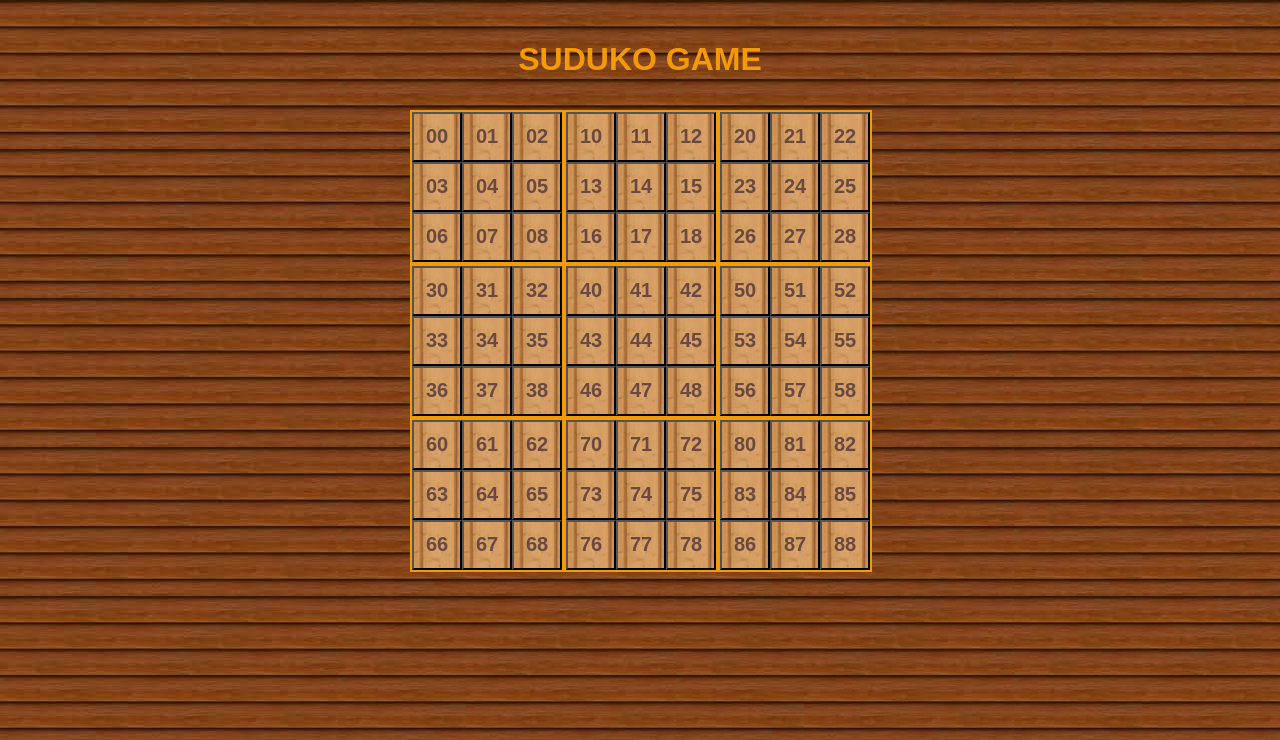
Repository: ahmad8969/Suduko-Game-React-App
Page: /
These files come from the project's save history. The page is drawn as it stood at one moment and after the next save; the edit follows.
The browser window is 1280 px wide. The pictures show the whole page.
Some web fonts or font styles are not loaded; a fallback is used. The project was rebuilt for these pictures with package versions that can differ from the ones it lists, and the page was loaded fresh each time.

Above is the page before, as saved 2021-02-26 17:56:38.

After the next save:
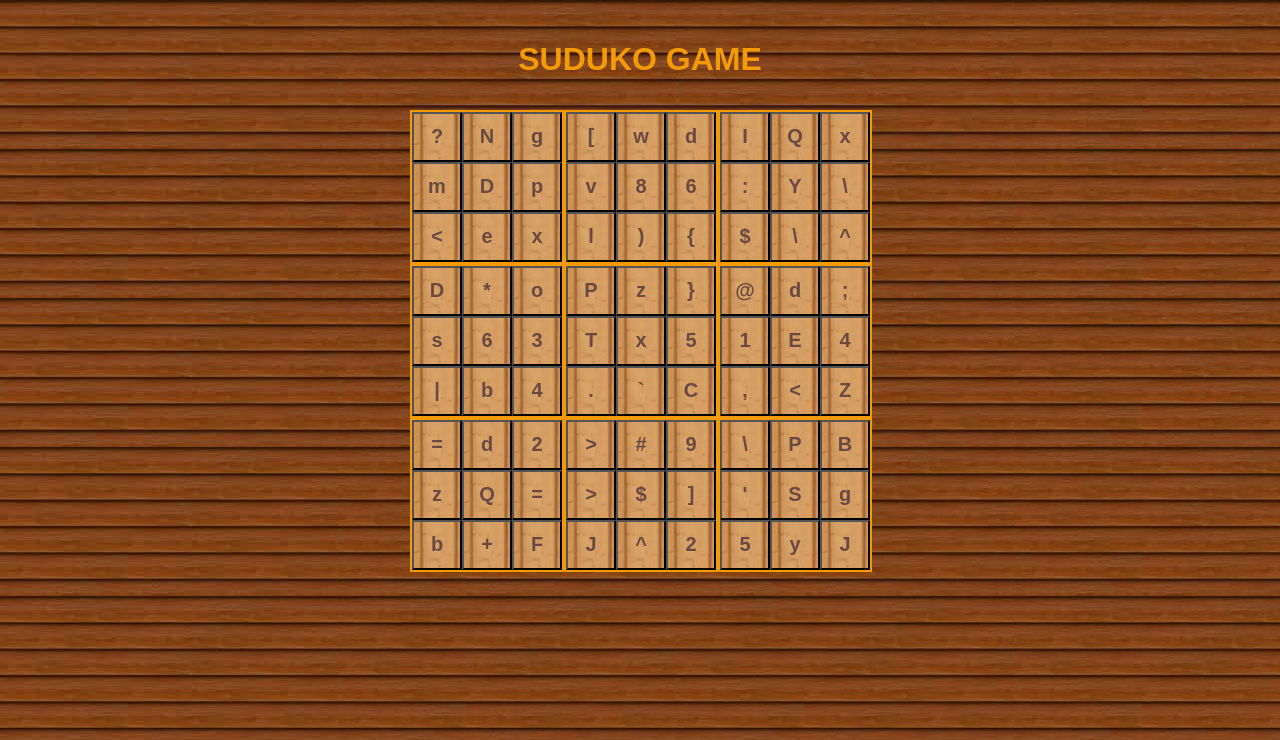
Saved 7 min 35 s later.
--- a/src/components/block.js
+++ b/src/components/block.js
@@ -2,8 +2,8 @@ import React, {useState} from 'react';
 import './block.css'
 
 const Block = (props) =>{
-    let[uniqueId1, setUniqueId1]= useState(props.number);
-    uniqueId1 = `${props.boardId}`+ `${props.keyId}` ;
+
+    let[value, setValue]= useState(props.number);
     var uniqueId = `${props.boardId}`+ `${props.keyId}` ;
     const [pid] = useState( uniqueId)
     let checkId = ()=>{
@@ -16,7 +16,7 @@ const Block = (props) =>{
             updateVal.addEventListener("keyup", function(event) {
                 if (event.keyCode === 13) {
                     var forValue = updateVal.value;
-                    setUniqueId1(forValue);
+                    setValue(forValue);
                     button.style.display ='block';
                     updateVal.style.display ='none'
                 }
@@ -71,7 +71,7 @@ const Block = (props) =>{
 
     return (
         <div className="button_block">
-            <button id={pid} onClick={checkId} >{uniqueId1} </button>
+            <button id={pid} onClick={checkId} >{value} </button>
             {/* <button onClick={checkId} > <span id="valueOfState">{props.number}</span> </button> */}
             <input type="text" className="button_block1" id='input'  style={{display:"none"}} />
          </div>
